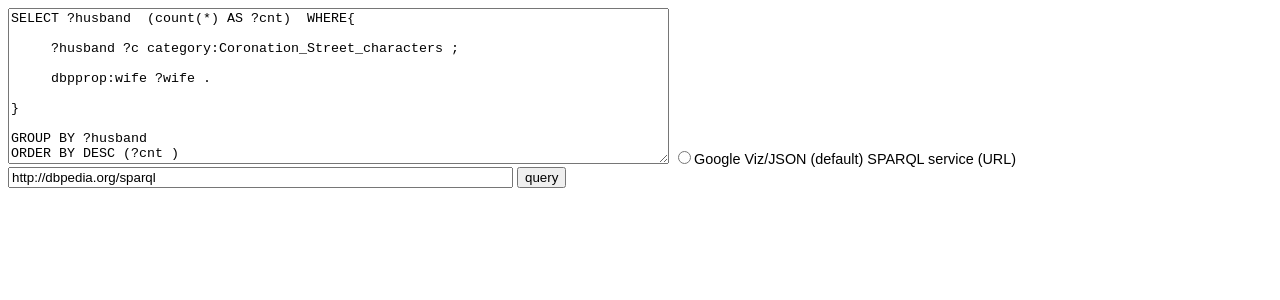
Repository: ds10/widgets-workspace
Page: DBpediawidget/src/index.html
The author's editor kept a copy of each file at every save. The page is drawn from the files as they stood at one save, then again after the next save.
The browser window is 1280 px wide. The pictures show the whole page.

Above is the page before, as saved 2013-02-26 14:49:19.

### DBpediawidget/src/index.html
<!DOCTYPE HTML>
<html>
<head>
    <title>{widgetname}</title>

    <link href="style/main.css" rel="stylesheet" media="all"/>

    <style type="text/css">
    </style>

    <script src="script/main.js"></script>
</head>

<body>
<form Method="POST" Action="http://data-gov.tw.rpi.edu/ws/sparqlproxy.php" >
<textarea name="query" cols=80 rows="10" />
SELECT ?husband  (count(*) AS ?cnt)  WHERE{

     ?husband ?c category:Coronation_Street_characters ;

     dbpprop:wife ?wife .

}

GROUP BY ?husband
ORDER BY DESC (?cnt )
</textarea>
 <input name="output" value="gvds" type="radio" />Google Viz/JSON (default)
  SPARQL service (URL) <input name="service-uri" value="http://dbpedia.org/sparql" size="60" />
    <input value="query" type="submit" /><br />
</form>

</body>
</html>

### DBpediawidget/src/style/main.css
/* put your styles here */

body {
    font-size: 0.9em;
    font-family: Arial, Verdana, sans-serif;
}

### DBpediawidget/src/script/main.js
// main.js - put your code here

After the next save:
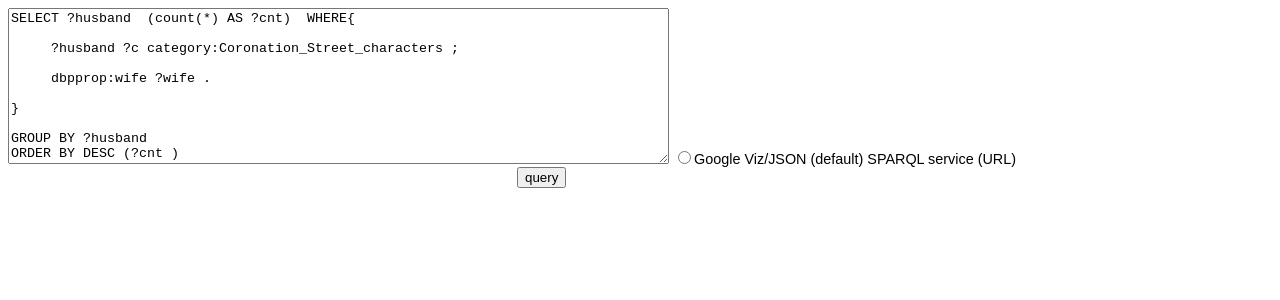
Saved 13 min 28 s later.
--- a/DBpediawidget/src/index.html
+++ b/DBpediawidget/src/index.html
@@ -26,7 +26,7 @@
 ORDER BY DESC (?cnt )
 </textarea>
  <input name="output" value="gvds" type="radio" />Google Viz/JSON (default)
-  SPARQL service (URL) <input name="service-uri" value="http://dbpedia.org/sparql" size="60" />
+  SPARQL service (URL) <input name="service-uri" value="http://dbpedia.org/sparql" size="60" style="visibility:hidden" />
     <input value="query" type="submit" /><br />
 </form>
 
